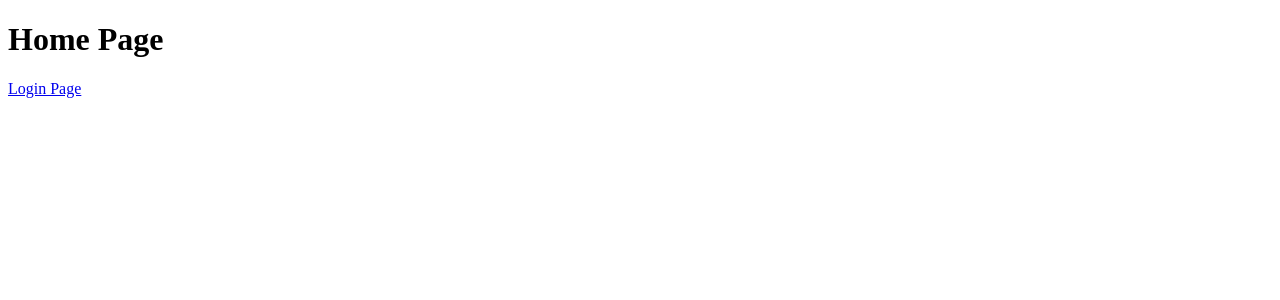
Repository: Somanath-Singh/Spring-Framework-By-Qspide
Page: http://localhost/SpringMVC-Proj01/home.jsp
The author's editor kept a copy of each file at every save. The page is drawn from the files as they stood at one save, then again after the next save.
The browser window is 1280 px wide. The pictures show the whole page.
The page is served by Tomcat 10. Other server files are loaded and not shown.

Above is the page before, as saved 2025-02-15 05:48:49.

### SpringMVC-Proj01/src/main/webapp/home.jsp
<%@ page language="java" contentType="text/html; charset=UTF-8"
    pageEncoding="UTF-8"%>
<!DOCTYPE html>
<html>
<head>
<meta charset="UTF-8">
<title>Insert title here</title>
</head>
<body>
<h1>Home Page</h1>
<a href="./login">Login Page</a>
</body>
</html>

After the next save:
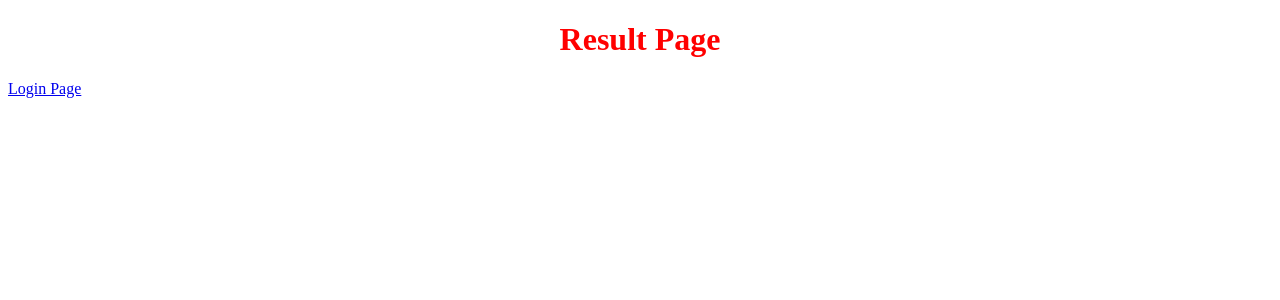
Saved 6 s later.
--- a/SpringMVC-Proj01/src/main/webapp/home.jsp
+++ b/SpringMVC-Proj01/src/main/webapp/home.jsp
@@ -7,7 +7,7 @@
 <title>Insert title here</title>
 </head>
 <body>
-<h1>Home Page</h1>
+<h1 style="color:red;text-align:center;">Result Page</h1>
 <a href="./login">Login Page</a>
 </body>
 </html>
